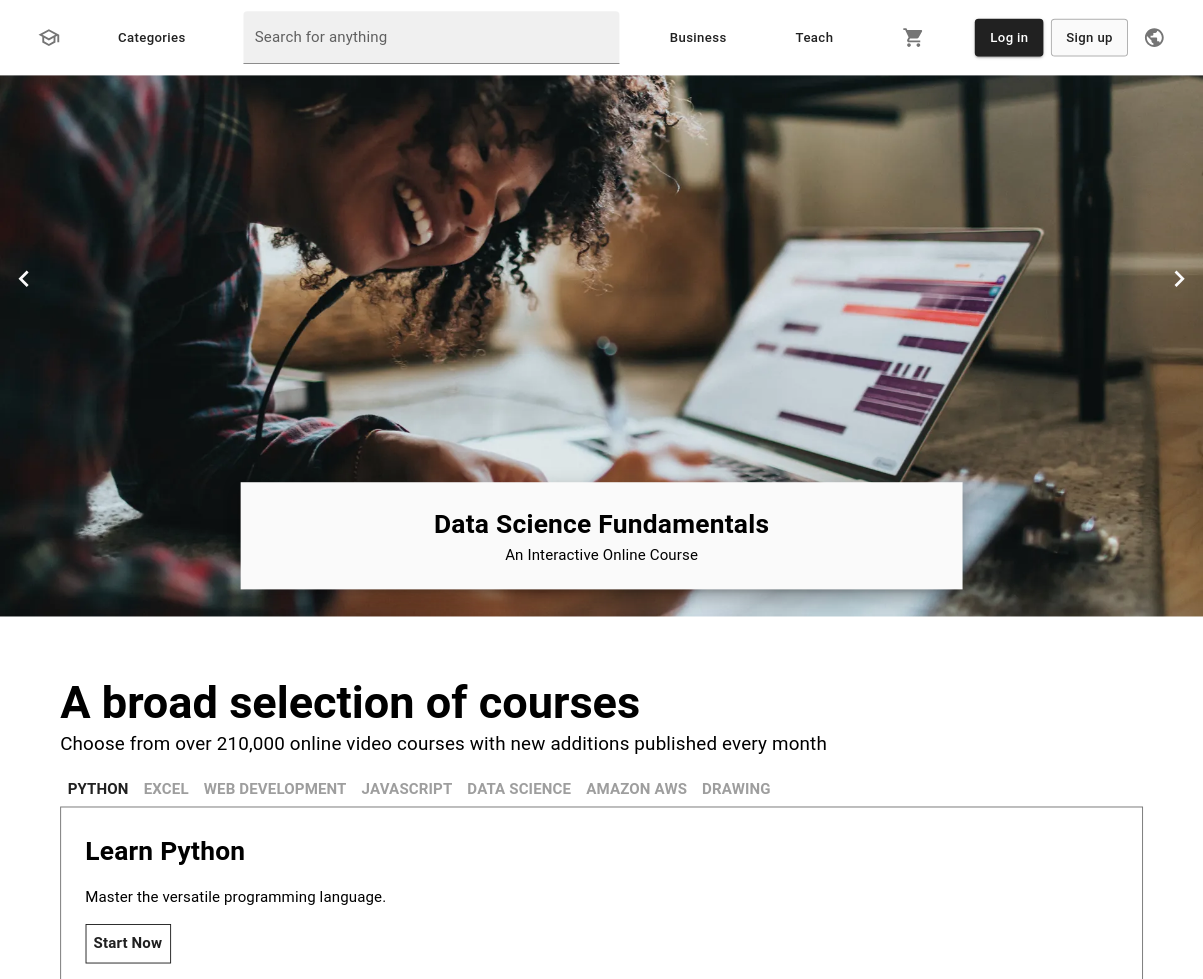
Repository: princ3-web/academy
Page: /
These files come from the project's save history. The page is drawn as it stood at one moment and after the next save; the edit follows.
The browser window is 1280 px wide. The pictures show the part of the page from y = 0 to 1041 px (the page is 5451 px tall before and 5435 px after), at 94% of full size.
Pictures or frames that could not be fetched are drawn as grey boxes. The project was rebuilt for these pictures with package versions that can differ from the ones it lists, and the page was loaded fresh each time. Also part of the build but not shown: vite.config.js, src/pages/Courses.jsx, src/pages/Business.jsx, src/pages/Teach.jsx.

Above is the page before, as saved 2023-07-12 17:14:45.

After the next save:
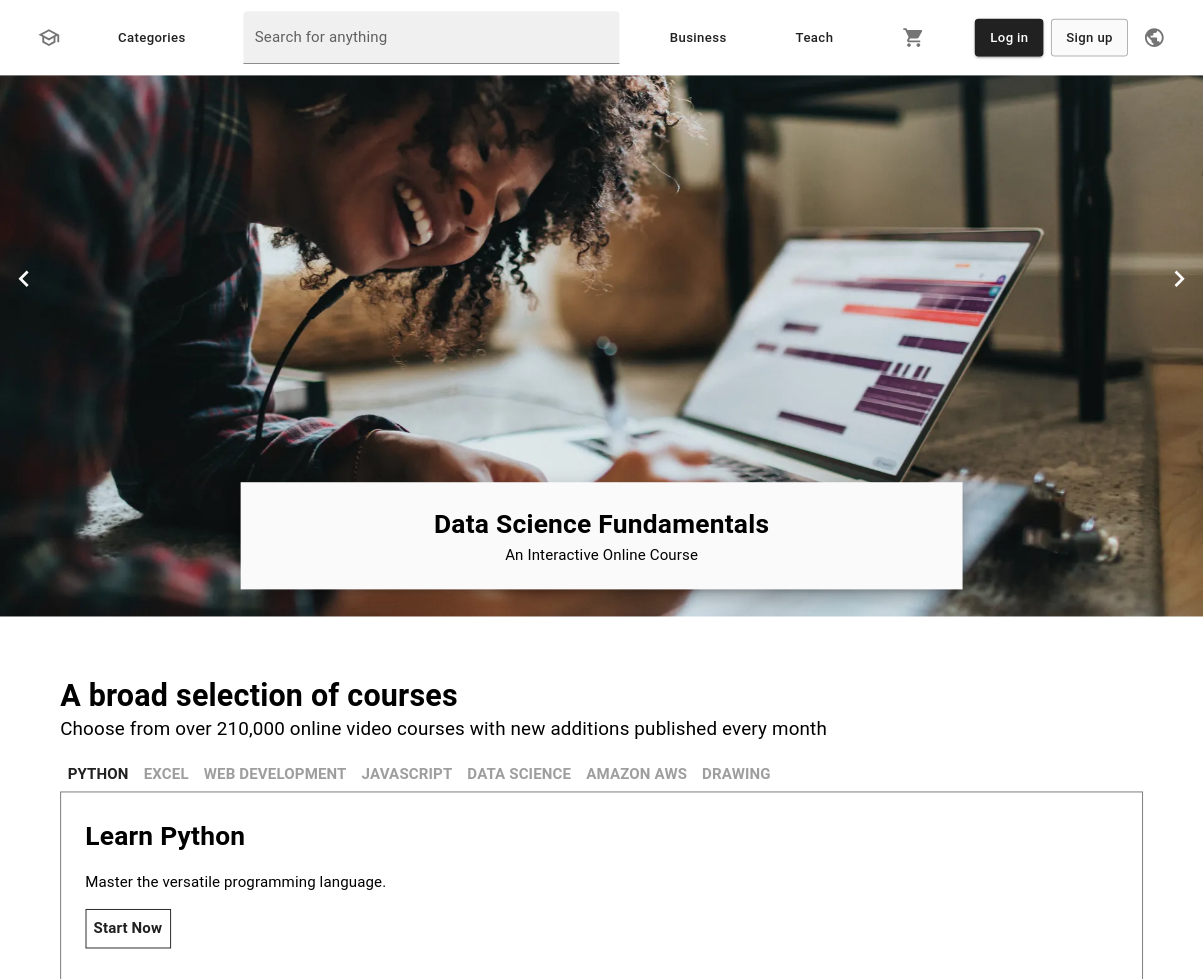
Saved 13 s later.
--- a/src/pages/Home.jsx
+++ b/src/pages/Home.jsx
@@ -22,7 +22,7 @@
     <Box>
       <SingleCarousel images={images} />
       <Box position={"relative"} width={"90vw"} left={"5vw"} py={8}>
-        <Typography variant="h3" fontWeight={600}>
+        <Typography variant="h4" fontWeight={600}>
           A broad selection of courses
         </Typography>
         <Typography fontSize={20}>
